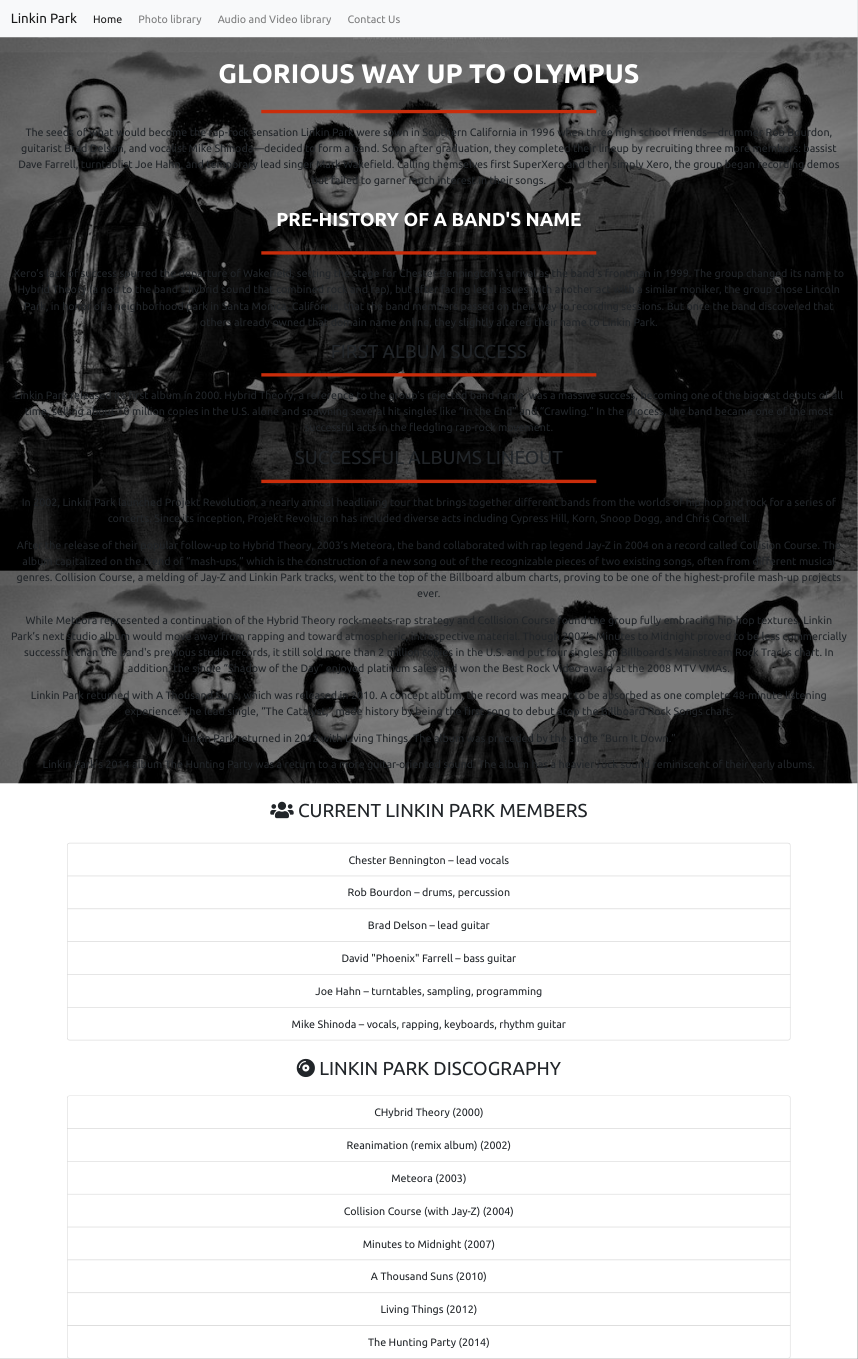
Repository: vaida898/website
Page: index.html
The author's editor kept a record of every edit. The page is drawn from the files as they stood at one moment, then again after the next edit.
The browser window is 1280 px wide. The pictures show the whole page, at 67% of full size.
Backgrounds fixed to the window are drawn as part of the page. Some web libraries are served in a nearby version.

Above is the page before.
Console error: TypeError: Cannot read properties of undefined (reading 'fn')

### index.html
<!DOCTYPE html>
<html lang="en">

<head>
    <meta charset="UTF-8">
    <meta name="viewport" content="width=device-width, initial-scale=1.0">
    <meta http-equiv="X-UA-Compatible" content="ie=edge">
    <title>LinkinPark website</title>

    <link rel="stylesheet" href="https://stackpath.bootstrapcdn.com/bootstrap/4.3.1/css/bootstrap.min.css" integrity="sha384-ggOyR0iXCbMQv3Xipma34MD+dH/1fQ784/j6cY/iJTQUOhcWr7x9JvoRxT2MZw1T" crossorigin="anonymous">
    <script src="https://stackpath.bootstrapcdn.com/bootstrap/4.3.1/js/bootstrap.min.js" integrity="sha384-JjSmVgyd0p3pXB1rRibZUAYoIIy6OrQ6VrjIEaFf/nJGzIxFDsf4x0xIM+B07jRM" crossorigin="anonymous"></script>
    <link rel="stylesheet" href="https://use.fontawesome.com/releases/v5.6.1/css/all.css" integrity="sha384-gfdkjb5BdAXd+lj+gudLWI+BXq4IuLW5IT+brZEZsLFm++aCMlF1V92rMkPaX4PP" crossorigin="anonymous">
    <link href="https://fonts.googleapis.com/css?family=Ubuntu:400,700&display=swap" rel="stylesheet">
    <!-- Google font "Ubuntu" -->
    <link rel="stylesheet" href="css/style.css" type="text/css" />

</head>

<body>

    <!-- Navigation bar -->

    <nav class="navbar navbar-light bg-light navbar-expand-sm">
        <a href="/" class="navbar-brand">Linkin Park</a>

        <button class="navbar-toggler ml-auto" type="button" data-toggle="collapse" data-target="#navbarNavDropdown" aria-controls="navbarNavDropdown" aria-expanded="false" aria-label="Toggle navigation">
        <span class="navbar-toggler-icon"></span></button>

        <div class="collapse navbar-collapse" id="navbarNavDropdown">
            <ul class="navbar-nav mr-auto">
                <li class="active nav-item mr-2"><a class="nav-link" href="/">Home</a></li>
                <li class="nav-item mr-2"><a class="nav-link" href="/Photo library">Photo library</a></li>
                <li class="nav-item mr-2"><a class="nav-link" href="/Audio and Video library">Audio and Video library</a></li>
                <li class="nav-item mr-2"><a class="nav-link" href="/Contact Us">Contact Us</a></li>
            </ul>
        </div>
    </nav>

    <div class="container-fluid history-container">
        <div class="opaque-overlay">&nbsp;</div>
        <div class="row">
            <div class="col-12">
                <section class="About Us text-center">
                    <h1 class="text-uppercase jumbotron-header">Glorious way up to olympus</h1>
                    <hr class="block-divider">
                    <p>The seeds of what would become the rap-rock sensation Linkin Park were sown in Southern California in 1996 when three high school friends—drummer Rob Bourdon, guitarist Brad Delson, and vocalist Mike Shinoda—decided to form a band.
                        Soon after graduation, they completed their lineup by recruiting three more members: bassist Dave Farrell, turntablist Joe Hahn, and temporary lead singer Mark Wakefield. Calling themselves first SuperXero and then simply Xero,
                        the group began recording demos but failed to garner much interest in their songs.</p>

                    <h3 class="text-uppercase jumbotron-paragraph">Pre-history of a band's name</h3>
                    <hr class="block-divider">
                    <p>Xero’s lack of success spurred the departure of Wakefield, setting the stage for Chester Bennington’s arrival as the band’s frontman in 1999. The group changed its name to Hybrid Theory (a nod to the band’s hybrid sound that combined
                        rock and rap), but after facing legal issues with another act with a similar moniker, the group chose Lincoln Park, in honor of a neighborhood park in Santa Monica, California, that the band members passed on their way to recording
                        sessions. But once the band discovered that others already owned that domain name online, they slightly altered their name to Linkin Park.</p>

                    <h3 class="text-uppercase">First Album success</h3>
                    <hr class="block-divider">
                    <p>Linkin Park released its first album in 2000. Hybrid Theory, a reference to the group’s rejected band name, was a massive success, becoming one of the biggest debuts of all time, selling about 10 million copies in the U.S. alone and
                        spawning several hit singles like “In the End” and “Crawling.” In the process, the band became one of the most successful acts in the fledgling rap-rock movement.</p>

                    <h3 class="text-uppercase">Successful albums lineout</h3>
                    <hr class="block-divider">
                    <p>In 2002, Linkin Park launched Projekt Revolution, a nearly annual headlining tour that brings together different bands from the worlds of hip-hop and rock for a series of concerts. Since its inception, Projekt Revolution has included
                        diverse acts including Cypress Hill, Korn, Snoop Dogg, and Chris Cornell.</p>

                    <p>After the release of their popular follow-up to Hybrid Theory, 2003’s Meteora, the band collaborated with rap legend Jay-Z in 2004 on a record called Collision Course. The album capitalized on the trend of “mash-ups,” which is the
                        construction of a new song out of the recognizable pieces of two existing songs, often from different musical genres. Collision Course, a melding of Jay-Z and Linkin Park tracks, went to the top of the Billboard album charts, proving
                        to be one of the highest-profile mash-up projects ever.</p>

                    <p>While Meteora represented a continuation of the Hybrid Theory rock-meets-rap strategy and Collision Course found the group fully embracing hip-hop textures, Linkin Park’s next studio album would move away from rapping and toward atmospheric,
                        introspective material. Though 2007’s Minutes to Midnight proved to be less commercially successful than the band's previous studio records, it still sold more than 2 million copies in the U.S. and put four singles on Billboard’s
                        Mainstream Rock Tracks chart. In addition, the single “Shadow of the Day” enjoyed platinum sales and won the Best Rock Video award at the 2008 MTV VMAs.</p>

                    <p>Linkin Park returned with A Thousand Suns, which was released in 2010. A concept album, the record was meant to be absorbed as one complete 48-minute listening experience. The lead single, “The Catalyst,” made history by being the
                        first song to debut atop the Billboard Rock Songs chart.</p>

                    <p>Linkin Park returned in 2012 with Living Things. The album was preceded by the single “Burn It Down.”</p>

                    <p>Linkin Park's 2014 album The Hunting Party was a return to a more guitar-oriented sound. The album has a heavier rock sound reminiscent of their early albums.</p>
                </section>
            </div>
        </div>
    </div>

    <div class=" container members-container">
        <section class="Band members text-center">
            <div class="row">
                <div class="col-12 col-md-12 my-4">
                    <h3 class="text-uppercase"><i class="fas fa-users d-none d-sm-inline"></i> Current Linkin Park members</h3>
                </div>
            </div>
            <div class="col-12 col-md-12">
                <ul class="list-group">
                    <li class="list-group-item">Chester Bennington – lead vocals</li>
                    <li class="list-group-item">Rob Bourdon – drums, percussion</li>
                    <li class="list-group-item">Brad Delson – lead guitar</li>
                    <li class="list-group-item">David "Phoenix" Farrell – bass guitar</li>
                    <li class="list-group-item">Joe Hahn – turntables, sampling, programming</li>
                    <li class="list-group-item">Mike Shinoda – vocals, rapping, keyboards, rhythm guitar</li>
                </ul>
            </div>
        </section>
    </div>

    <div class="container discography-container">
        <section class="Band discography text-center">
            <div class="col-12 col-md-12 my-4">
                <h3 class="text-uppercase"><i class="fas fa-compact-disc d-none d-sm-inline"></i> Linkin Park discography</h3>
            </div>
            <div class="col-12 col-md-12">
                <ul class="list-group">
                    <li class="list-group-item">CHybrid Theory (2000)</li>
                    <li class="list-group-item">Reanimation (remix album) (2002)</li>
                    <li class="list-group-item">Meteora (2003)</li>
                    <li class="list-group-item">Collision Course (with Jay-Z) (2004)</li>
                    <li class="list-group-item">Minutes to Midnight (2007)</li>
                    <li class="list-group-item">A Thousand Suns (2010)</li>
                    <li class="list-group-item">Living Things (2012)</li>
                    <li class="list-group-item">The Hunting Party (2014)</li>
                </ul>
            </div>
        </section>
    </div>

    <script src="https://code.jquery.com/jquery-3.3.1.slim.min.js" integrity="sha384-q8i/X+965DzO0rT7abK41JStQIAqVgRVzpbzo5smXKp4YfRvH+8abtTE1Pi6jizo" crossorigin="anonymous"></script>
    <script src="https://cdnjs.cloudflare.com/ajax/libs/popper.js/1.14.7/umd/popper.min.js" integrity="sha384-UO2eT0CpHqdSJQ6hJty5KVphtPhzWj9WO1clHTMGa3JDZwrnQq4sF86dIHNDz0W1" crossorigin="anonymous"></script>
    <script src="https://stackpath.bootstrapcdn.com/bootstrap/4.3.1/js/bootstrap.min.js" integrity="sha384-JjSmVgyd0p3pXB1rRibZUAYoIIy6OrQ6VrjIEaFf/nJGzIxFDsf4x0xIM+B07jRM" crossorigin="anonymous"></script>

</body>

</html>

### css/style.css
body {
    font-family: 'Ubuntu', sans-serif;
}

.history-container {
    background: url(../images/background.jpg) no-repeat center center fixed;
    -webkit-background-size: cover;
    -moz-background-size: cover;
    -o-background-size: cover;
    background-size: cover;

    top: 0;
    display: flex;
    align-items: center;
    justify-content: center;

    position: relative;
}

.opaque-overlay {
    position: absolute;
    width: 100%;
    height: 100%;
    top: 0;
    left: 0;
    background-color: rgba(0,0,0,0.5);
}

.members-container {}

.discography-container {}

/* Block-divider */

.block-divider {
    width: 500px;
    height: 5px;
    border: 0;
    background-color: #CA2D0B;
}

/* Jumbotron */

.jumbotron-header {
    color: white;
    font-weight: bold;
    margin-top: 30px;
    margin-bottom: 30px;
}

.jumbotron-paragraph {
    color: white;
    font-weight: bold;
    margin-top: 30px;
    margin-bottom: 30px;
}

.jumbotron-text {
    color: #C2C2C2;
}

After the next edit:
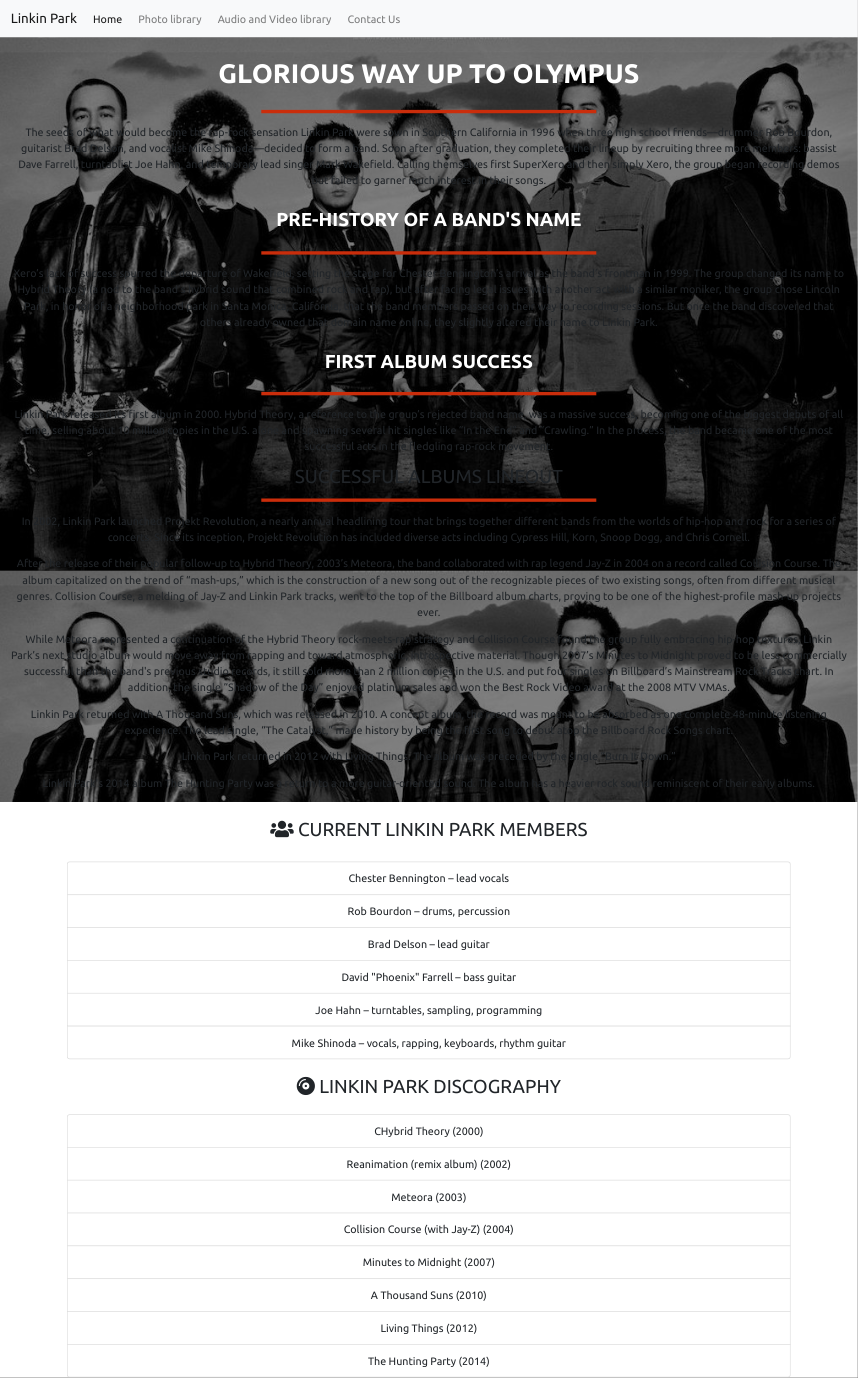
The edit:
--- a/index.html
+++ b/index.html
@@ -53,7 +53,7 @@
                         rock and rap), but after facing legal issues with another act with a similar moniker, the group chose Lincoln Park, in honor of a neighborhood park in Santa Monica, California, that the band members passed on their way to recording
                         sessions. But once the band discovered that others already owned that domain name online, they slightly altered their name to Linkin Park.</p>
 
-                    <h3 class="text-uppercase">First Album success</h3>
+                    <h3 class="text-uppercase jumbotron-paragraph">First Album success</h3>
                     <hr class="block-divider">
                     <p>Linkin Park released its first album in 2000. Hybrid Theory, a reference to the group’s rejected band name, was a massive success, becoming one of the biggest debuts of all time, selling about 10 million copies in the U.S. alone and
                         spawning several hit singles like “In the End” and “Crawling.” In the process, the band became one of the most successful acts in the fledgling rap-rock movement.</p>
